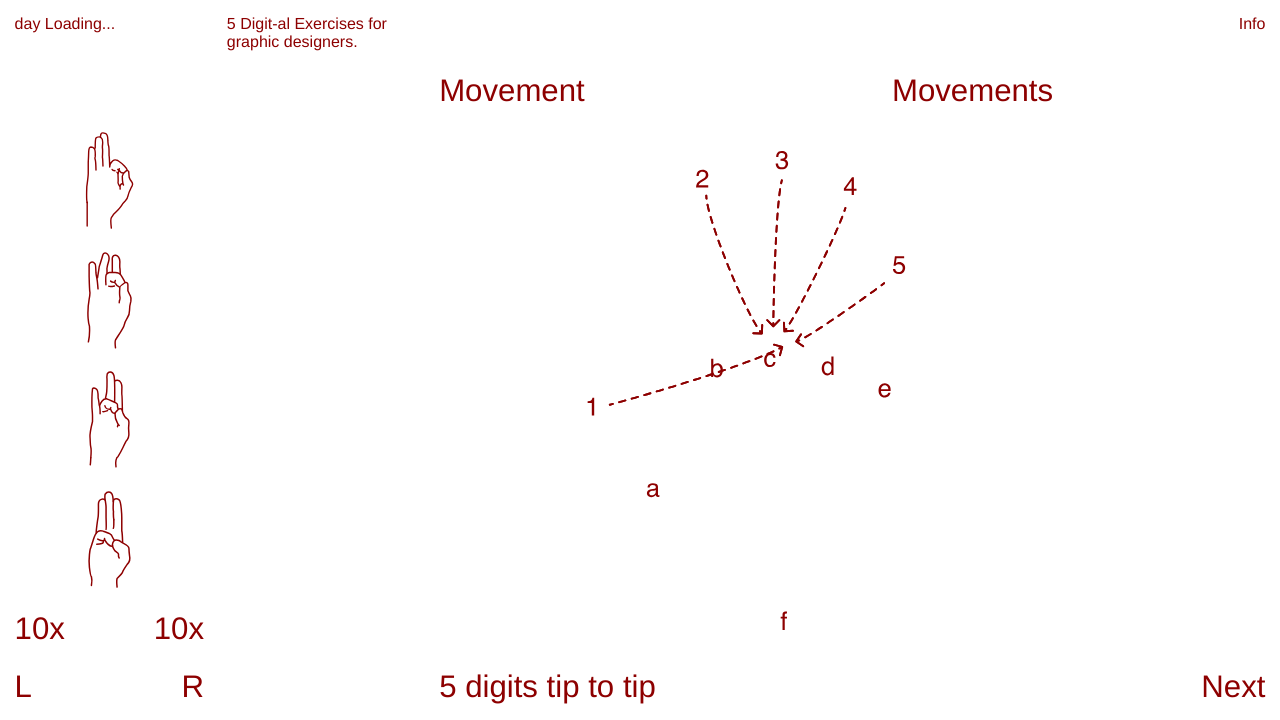
Repository: NoIdeasStudio/holiday-card-2024
Page: movements.html
The author's editor kept a copy of each file at every save. The page is drawn from the files as they stood at one save, then again after a run of saves.
The browser window is 1280 px wide. The pictures show the whole page.

Above is the page before, as saved 2024-12-12 16:32:28.

### movements.html
<!DOCTYPE html>
<html lang="en">
<head>
    <meta charset="UTF-8">
    <meta name="viewport" content="width=device-width, initial-scale=1.0">
    <title>digit-al exercises</title>
    <link rel="stylesheet" href="style.css">
</head>
<body>

    <div class="wrapper">

        <header class="small-text header-1">day <span id="day-counter">Loading...</span></header>
        <header class="small-text header-2">5 Digit-al Exercises for graphic designers.</header>
        <header class="small-text header-3"><a href="./info.html">Info</a></header>

        <!-- Preview, illustrations of the exercises -->
        <content class="large-text content-header-1"></content>
                <div class="img-1"><img src="./Svgs/exercise-1-1.svg" alt="touch thumb to index" height="100%" width="100%" /></div>
                <div class="img-2"><img src="./Svgs/exercise-1-2.svg" alt="touch thumb to middle" height="100%" width="100%" /></div>
                <div class="img-3"><img src="./Svgs/exercise-1-3.svg" alt="touch thumb to ring" height="100%" width="100%" /></div>
                <div class="img-4"><img src="./Svgs/exercise-1-4.svg" alt="touch thumb to pinky" height="100%" width="100%" /></div>

        <footer class="large-text content-footer-1">10x 10x</footer>

        <footer class="large-text content-footer-2">L R</footer>

        <!-- Movement, videos of the movement -->
        <content class="large-text content-header-2"><a href="http://">Movement</a></content>
                <div class="movement-video"> <img src="./Svgs/movement-1.svg" alt="touch thumb to index" height="100%" width="100%" /></div>
        <content class="large-text content-header-3">Movements</content>



        <footer class="large-text content-footer-3">5 digits tip to tip</footer>
        <footer class="large-text content-footer-4"><a href="./exercise-2.html">Next</a></footer>

    </div>

</body>

</html>

### style.css

* {
    box-sizing: border-box;
    color: #8D0000;
    margin: 0%;
    padding: 0%;
  }
  body{
    background-color: transparent;
  }
  .wrapper {
    height: 100vh;
    width: 100vw;
    position: fixed;
    margin: 0 auto;
    display: grid;
    grid-template-columns: repeat(6, [col-start] 4fr);
    grid-template-rows: repeat(16, [row-start] 4fr);
    gap: .8rem;
    padding: .6rem;

  }

  .back{
    background-color: #FF0000;
    width: 100vw;
    height: 100vh;
    z-index: -3;
  }

  /* all the landmarks */

  .landmark-div {
    position: absolute;
    transform: translate(-50%, -50%); /* Center the div at the wrist position */
  }

  .wrapper > * {
    padding: 5px;
  }

  .popup{
    /* position: fixed; */
    position: absolute;
    background-color: #8D0000;
    text-align: center;
    justify-content: center;
    grid-column: col-start 3 / span 2;
    padding: .5em;
    grid-row: 6;
  }
  #got-it{
    color: #FF0000;
  }

  .large-text{
    font: 1.95em Helvetica, arial, sans-serif;
  }
  .large-text-light{
    font: 1.95em Helvetica, arial, sans-serif;
    color: #FF0000;
  }
  .small-text{
    font: 1em Helvetica, arial, sans-serif;
  }
  a{
    text-decoration: none;
  }
  a:hover{
    text-decoration: underline dashed ;
    text-underline-offset: .15em;
  }

  span{
    text-decoration: none;
  }
  span:hover{
    text-decoration: underline dashed ;
    text-underline-offset: .15em;
  }

  .header-1{
    grid-column: col-start 1 / span 1;
    grid-row: 1 / 1;
  }
  .header-2{
    grid-column: col-start 2 / span 1;
    grid-row: 1 / 1;
  }
  .header-3{
    grid-column: col-start 6 / span 1;
    grid-row: 1 / 1;
    text-align: right;
  }

    /* Preview */
    .content-header-1{
        grid-column: col-start 1 / span 1;
        grid-row: 2 ;
    }
            .img-1{
                grid-column: col-start 1 / span 1;
                grid-row: 3 / 6;
            }
            .img-2{
                grid-column: col-start 1 / span 1;
                grid-row: 6/ 9;
            }
            .img-3{
                grid-column: col-start 1 / span 1;
                grid-row: 9 / 12;
            }
            .img-4{
                grid-column: col-start 1 / span 1;
                grid-row: 12 / 15;
            }

/* Movement */
  .content-header-2{
    grid-column: col-start 3 / span 2;
    grid-row: 2 ;
    display: block;
  }
  .content-header-2-mobile{
    grid-column: col-start 3 / span 2;
    grid-row: 2 ;
    display: none;
  }
            .movement-video{
                background-color: transparent;
                grid-column: col-start 3 / span 3;
                grid-row: 3 / 16 ;
            }

            .content-info{
                grid-column: col-start 3 / span 3;
                grid-row: 3 / 16 ;
            }

  .content-header-3{
    grid-column: col-start 5 / span 1;
    grid-row: 2 ;
    text-align: right;
    z-index: 2;
  }

            canvas {
                width: 100vw;  /* Set width to 100% of the viewport width */
                height: 120vh; /* Set height to 100% of the viewport height */
                position: fixed;
                margin: 0%;
                padding: 0em;
                left: 0em;
                top: 0em;
                z-index: -2;
             }
            video{
                display: none;
            }


  .content-header-4{
    grid-column: col-start 6 / span 1;
    grid-row: 2 ;
    text-align: right;
    display: block;
  }
  .content-header-4-mobile{
    grid-column: col-start 6 / span 1;
    grid-row: 2 ;
    text-align: right;
    display: none;
  }

  .content-footer-1{
    grid-column: col-start 1 / span 1;
    grid-row: 15 ;
    text-align-last: justify;
    vertical-align: bottom;
  }
  .content-footer-2{
    grid-column: col-start 1 / span 1;
    grid-row: 16 ;
    text-align-last: justify;
    vertical-align: bottom;
  }
  .content-footer-3{
    grid-column: col-start 3 / span 2;
    grid-row: 16 ;
  }
  .content-footer-4{
    grid-column: col-start 5 / span 2;
    grid-row: 16 ;
    text-align: right;
  }

  .content-footer-4b{
    grid-column: col-start 5 / span 2;
    grid-row: 16 ;
    text-align: right;
  }



  @media (max-width: 1070px) {

    .wrapper {
        height: 100vh;
        width: 100vw;
        position: fixed;
        margin: 0 auto;
        display: grid;
        grid-template-columns: repeat(6, [col-start] 4fr);
        grid-template-rows: repeat(16, [row-start] 4fr);
        gap: 0rem;
        padding: .6rem;
      }

      .popup{
        /* position: fixed; */
        position: absolute;
        background-color: #8D0000;
        text-align: center;
        justify-content: center;
        grid-column: col-start 2 / span 4;
        padding: .5em;
        grid-row: 4 / 6;
      }

      .header-1{
        grid-column: col-start 1 / span 2;
        grid-row: 1 / 1;
      }

      .header-2{
        grid-column: col-start 3 / span 3;
        grid-row: 1 / 1;
      }

      .header-3{
        grid-column: col-start 6 / span 1;
        grid-row: 1 / 1;
        text-align: right;
      }

    /* Preview */
    .content-header-1{
        grid-column: col-start 2 / span 4;
        grid-row: 13 / 16 ;
        display: none;
    }
            .img-1{
                grid-column: col-start 2 / span 1;
                grid-row: 14 / 16;
                vertical-align: bottom;
                margin-top: 3%;
            }
            .img-2{
                grid-column: col-start 3 / span 1;
                grid-row: 14 / 16;
                vertical-align: bottom;
                margin-top: 3%;
            }
            .img-3{
                grid-column: col-start 4 / span 1;
                grid-row: 14 / 16;
                margin-top: 3%;
                vertical-align: bottom;
            }
            .img-4{
                grid-column: col-start 5 / span 1;
                grid-row: 14 / 16;
                vertical-align: bottom;
                margin-top: 3%;
            }

.content-header-2{
    display: none;
}
.content-header-2-mobile{
    grid-column: col-start 1 / span 2;
    grid-row: 2 ;
    display: block;
  }
        .movement-video{
            background-color: transparent;
            grid-column: col-start 1 / span 6;
            grid-row: 2 / 14 ;
        }

        .content-info{
            grid-column: col-start 1 / span 6;
            grid-row: 3 / 15 ;
        }

 .content-header-3{
    grid-column: col-start 1 / span 1;
    grid-row: 2 ;
    text-align: left;
    z-index: 2;
 }

                        canvas {
                            width: 100vw;  /* Set width to 100% of the viewport width */
                            height: 100vh; /* Set height to 100% of the viewport height */
                            position: fixed;
                            margin: 0%;
                            padding: 0em;
                            left: 0em;
                            top: 0em;
                            z-index: -2;
                         }
                        video{
                            display: none;
                        }


  .content-header-4{
    display: none;
  }

  .content-header-4-mobile{
    grid-column: col-start 6 / span 1;
    grid-row: 2 ;
    text-align: right;
    display: block;
  }

  .content-footer-1{
    grid-column: col-start 1 / span 6;
    grid-row: 15 ;
    text-align-last: justify;
    vertical-align: bottom;
  }
  .content-footer-2{
    grid-column: col-start 1 / span 6;
    grid-row: 16 ;
    text-align-last: justify;
    vertical-align: bottom;
  }
  .content-footer-3{
    display: none;
  }
  .content-footer-4{
    grid-column: col-start 5 / span 2;
    grid-row: 2 ;
    text-align: right;
  }

  .content-footer-4b{
    grid-column: col-start 5 / span 2;
    grid-row: 12 ;
    text-align: right;
  }

  }

After the next 2 saves:
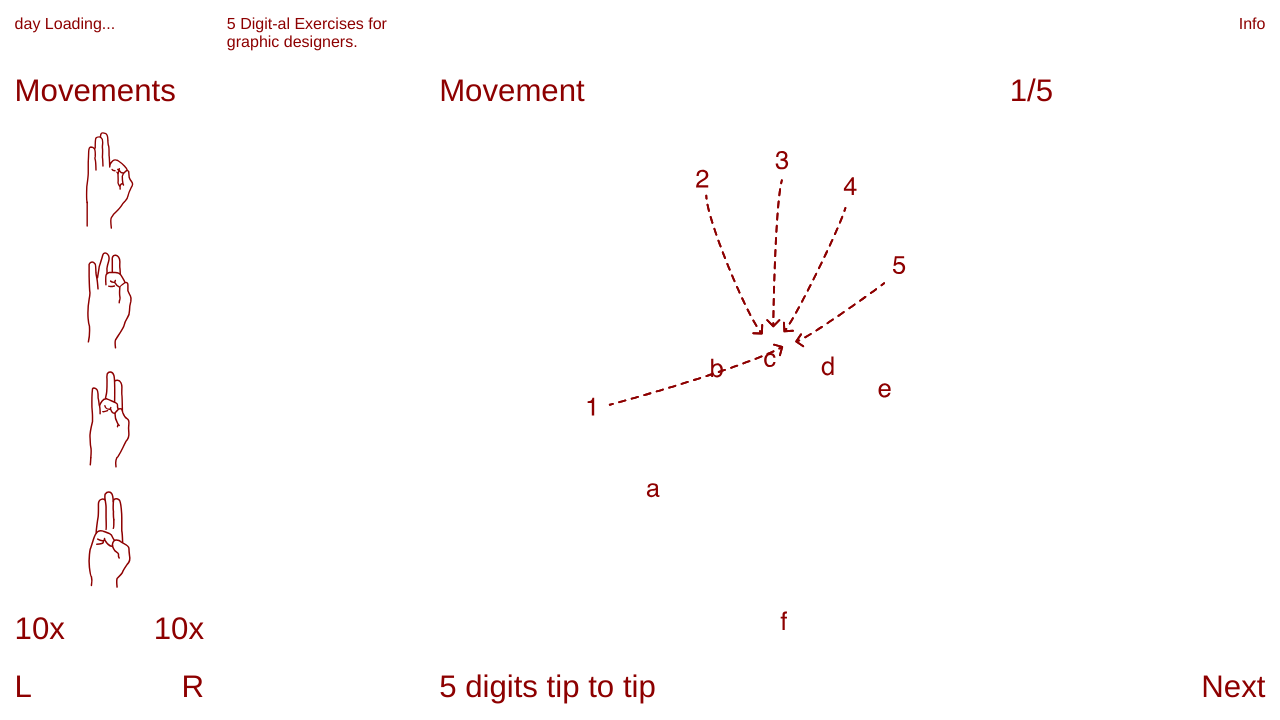
The 2 saves are shown as one change because they came seconds apart.
The last was saved 8 s later.
--- a/movements.html
+++ b/movements.html
@@ -15,7 +15,7 @@
         <header class="small-text header-3"><a href="./info.html">Info</a></header>
 
         <!-- Preview, illustrations of the exercises -->
-        <content class="large-text content-header-1"></content>
+        <content class="large-text content-header-1">Movements</content>
                 <div class="img-1"><img src="./Svgs/exercise-1-1.svg" alt="touch thumb to index" height="100%" width="100%" /></div>
                 <div class="img-2"><img src="./Svgs/exercise-1-2.svg" alt="touch thumb to middle" height="100%" width="100%" /></div>
                 <div class="img-3"><img src="./Svgs/exercise-1-3.svg" alt="touch thumb to ring" height="100%" width="100%" /></div>
@@ -28,7 +28,7 @@
         <!-- Movement, videos of the movement -->
         <content class="large-text content-header-2"><a href="http://">Movement</a></content>
                 <div class="movement-video"> <img src="./Svgs/movement-1.svg" alt="touch thumb to index" height="100%" width="100%" /></div>
-        <content class="large-text content-header-3">Movements</content>
+        <content class="large-text content-header-3">1/5</content>
 
 
 
